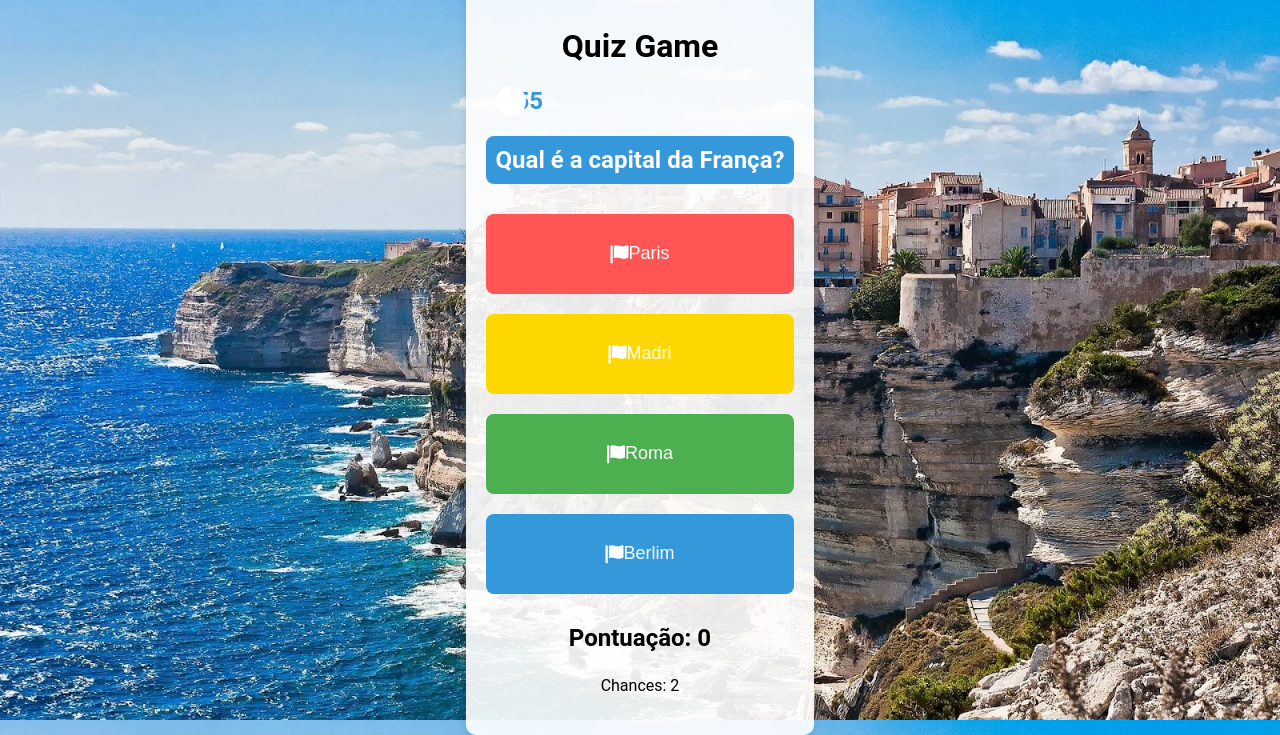
Repository: Matheus904-12/Quizz
Page: index.html
An editor plug-in stored every save of this project. The page is shown before and after the next save, followed by the edit.
The browser window is 1280 px wide. The pictures show the whole page.

Above is the page before, as saved 2023-08-21 19:29:31.

After the next save:
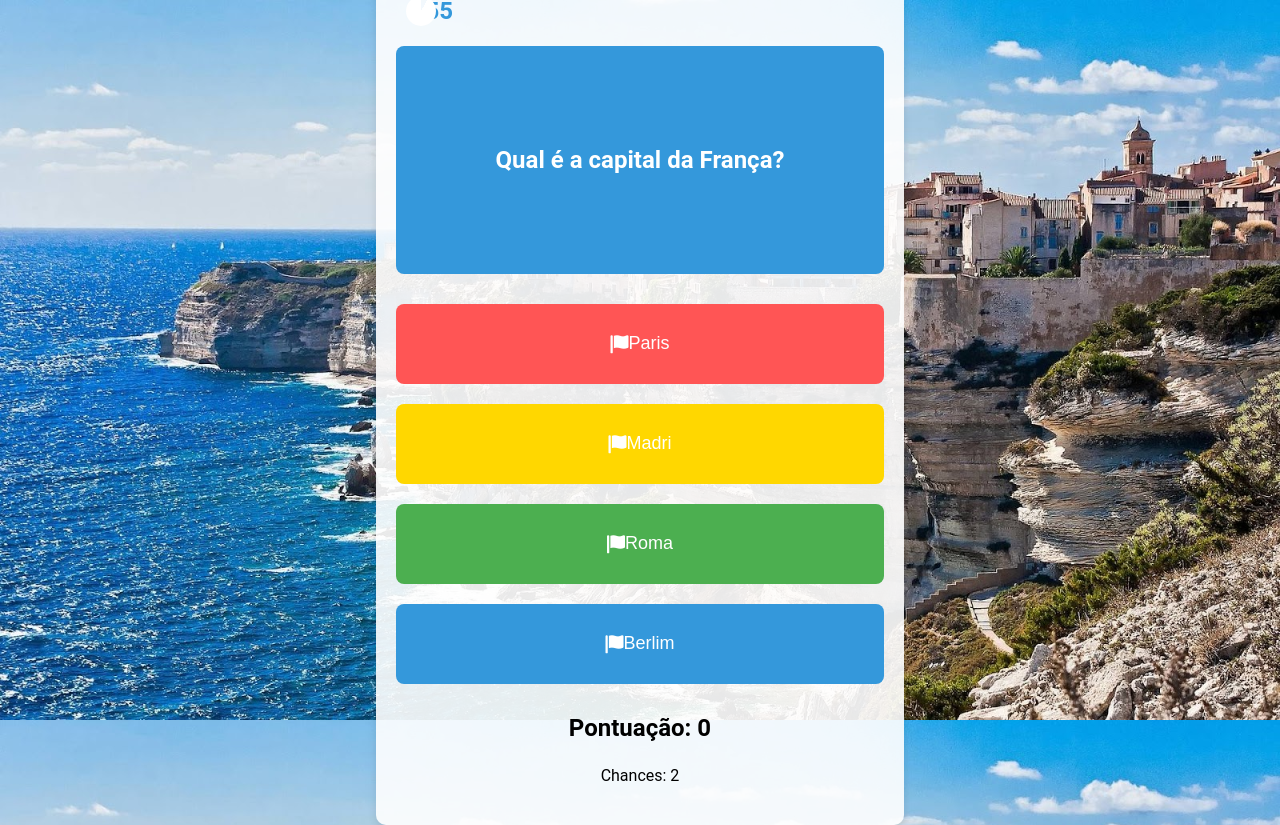
Saved 6 min 24 s later.
--- a/style.css
+++ b/style.css
@@ -23,7 +23,7 @@ body {
 .question {
     font-size: 24px;
     margin-bottom: 20px;
-    padding: 10px; /* Tamanho uniforme para caixas de pergunta */
+    padding: 100px; /* Tamanho uniforme para caixas de pergunta */
     border-radius: 8px;
     background-color: #3498DB; /* Cor de fundo para caixas de pergunta */
     color: #fff; /* Cor do texto para caixas de pergunta */
